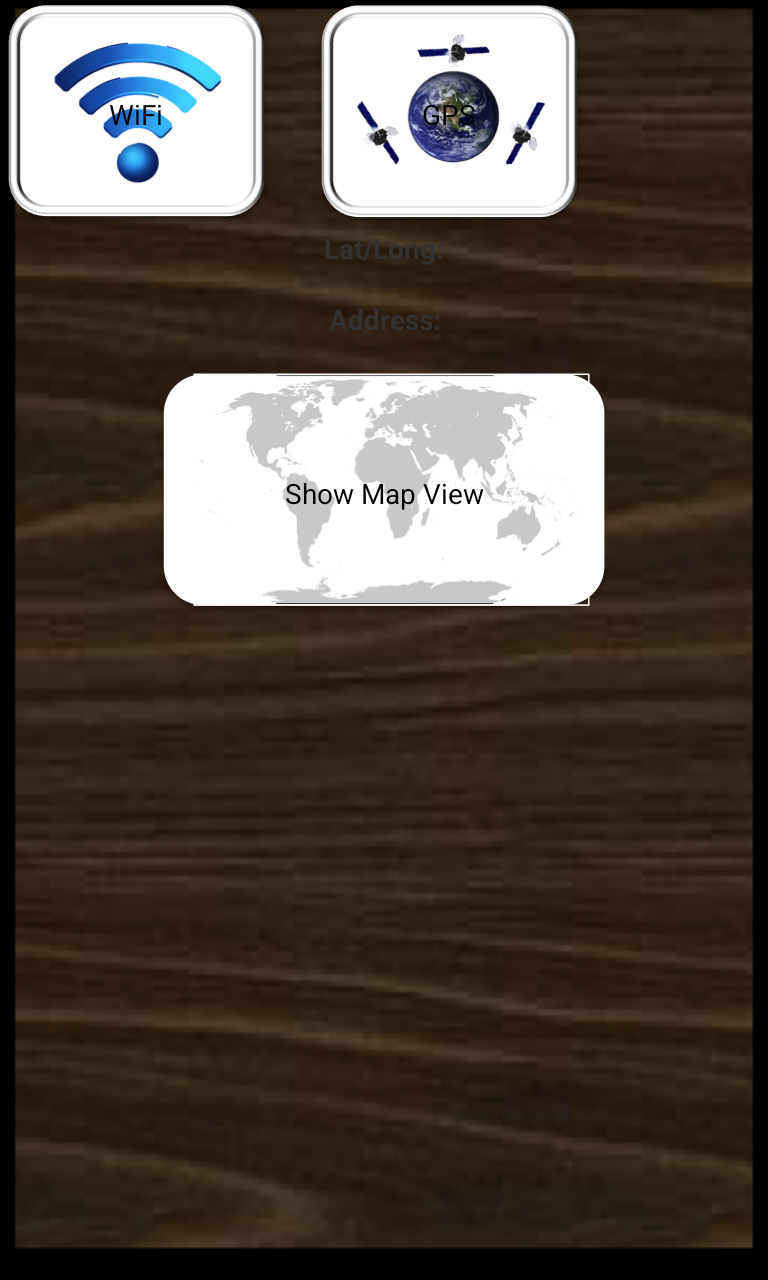
Repository: Arvind83/Pilot_project
Layout: LocationAware/res/layout/main.xml
The author's editor kept a copy of each file at every save. The layout is drawn from the files as they stood at one save, then again after a run of saves.
It is drawn on a 768 x 1280 px phone screen (xhdpi) without system bars, with theme android:Theme.Holo; the app's code is not run.

Above is the layout before, as saved 2013-03-17 20:52:55.

### LocationAware/res/layout/main.xml
<?xml version="1.0" encoding="utf-8"?>
<!--
  Copyright (C) 2012 The Android Open Source Project

  Licensed under the Apache License, Version 2.0 (the "License");
  you may not use this file except in compliance with the License.
  You may obtain a copy of the License at

       http://www.apache.org/licenses/LICENSE-2.0

  Unless required by applicable law or agreed to in writing, software
  distributed under the License is distributed on an "AS IS" BASIS,
  WITHOUT WARRANTIES OR CONDITIONS OF ANY KIND, either express or implied.
  See the License for the specific language governing permissions and
  limitations under the License.
-->
<LinearLayout xmlns:android="http://schemas.android.com/apk/res/android"
    android:layout_width="match_parent"
    android:layout_height="match_parent"
    android:theme="@android:style/Theme.Light"
    android:background= "@drawable/background"
    android:orientation="vertical">

    <LinearLayout android:layout_width="match_parent"
        android:layout_height="wrap_content"
        android:orientation="horizontal" >
        <Button android:id="@+id/provider_fine"
            android:layout_width="wrap_content"
            android:layout_height="wrap_content"
            android:text="@string/use_fine_provider"
            android:background="@drawable/button1_inactive"
            android:minWidth="120sp"
            android:layout_alignParentLeft="true"
            android:layout_marginRight="10dp"
            android:onClick="useFineProvider" />

        <Button android:id="@+id/provider_both"
            android:layout_width="wrap_content"
            android:layout_height="wrap_content"
            android:text="@string/use_both_providers"
            android:background="@drawable/button2_inactive"
            android:minWidth="120sp"
            android:layout_alignParentRight="true"
            android:layout_marginLeft="10dp"
            android:onClick="useCoarseFineProviders" />
    </LinearLayout>
    <LinearLayout android:layout_width="match_parent"
        android:layout_height="wrap_content"
        android:orientation="vertical" >
    <TextView android:id="@+id/label_latlng"
        android:layout_width="match_parent"
        android:layout_height="wrap_content"
        android:gravity="center"
        android:textStyle="bold"
        android:textSize="14sp"
        android:text="@string/latlng" />
    <TextView android:id="@+id/latlng"
        android:layout_width="match_parent"
        android:layout_height="wrap_content"
        android:gravity="center"
        android:textStyle="bold"
        android:textSize="12sp" />
    <TextView android:id="@+id/label_address"
        android:layout_width="match_parent"
        android:layout_height="wrap_content"
        android:gravity="center"
        android:textStyle="bold"
        android:textSize="14sp"
        android:text="@string/address" />
    <TextView android:id="@+id/address"
        android:layout_width="match_parent"
        android:layout_height="wrap_content"
        android:gravity="center"
        android:textStyle="bold"
        android:textSize="12sp" />
    <LinearLayout
    android:id="@+id/LinearLayout1"
    android:layout_width="fill_parent"
    android:layout_height="fill_parent"
    android:gravity="center"
    android:orientation="vertical" >
    <Button android:id="@+id/map_view"
            android:layout_width="wrap_content"
            android:layout_height="wrap_content"
            android:text="@string/show_map"
            android:background="@drawable/gotomap"
            android:minWidth="180sp"/>
            </LinearLayout>

    </LinearLayout>

</LinearLayout>

### LocationAware/res/values/strings.xml
<?xml version="1.0" encoding="utf-8"?>
<!--
  Copyright (C) 2012 The Android Open Source Project

  Licensed under the Apache License, Version 2.0 (the "License");
  you may not use this file except in compliance with the License.
  You may obtain a copy of the License at

       http://www.apache.org/licenses/LICENSE-2.0

  Unless required by applicable law or agreed to in writing, software
  distributed under the License is distributed on an "AS IS" BASIS,
  WITHOUT WARRANTIES OR CONDITIONS OF ANY KIND, either express or implied.
  See the License for the specific language governing permissions and
  limitations under the License.
-->
<resources>
    <string name="app_name">Location Update App</string>
    <string name="address">Address:</string>
    <string name="enable_gps">Enable GPS</string>
    <string name="enable_gps_dialog">GPS provider not enabled. Would you like to enable it?</string>
    <string name="latlng">Lat/Long:</string>
    <string name="unknown">--Unknown--</string>
    <string name="not_support_gps">GPS provider not supported</string>
    <string name="not_support_network">Network provider not supported</string>
    <string name="use_fine_provider">WiFi</string>
    <string name="use_both_providers">GPS</string>
    <string name="show_map">Show Map View</string>
    <string name="back">Back to Welcome Screen</string>
</resources>

### LocationAware/res/drawable/button1_inactive.xml
<?xml version="1.0" encoding="utf-8"?>
<!--
  Copyright (C) 2012 The Android Open Source Project

  Licensed under the Apache License, Version 2.0 (the "License");
  you may not use this file except in compliance with the License.
  You may obtain a copy of the License at

       http://www.apache.org/licenses/LICENSE-2.0

  Unless required by applicable law or agreed to in writing, software
  distributed under the License is distributed on an "AS IS" BASIS,
  WITHOUT WARRANTIES OR CONDITIONS OF ANY KIND, either express or implied.
  See the License for the specific language governing permissions and
  limitations under the License.
-->
<selector xmlns:android="http://schemas.android.com/apk/res/android">
    <item android:state_pressed="true"
        android:drawable="@drawable/button1_pressed" />
    <item android:drawable="@drawable/button1_default" />
</selector>

### LocationAware/res/drawable/button2_inactive.xml
<?xml version="1.0" encoding="utf-8"?>
<!--
  Copyright (C) 2012 The Android Open Source Project

  Licensed under the Apache License, Version 2.0 (the "License");
  you may not use this file except in compliance with the License.
  You may obtain a copy of the License at

       http://www.apache.org/licenses/LICENSE-2.0

  Unless required by applicable law or agreed to in writing, software
  distributed under the License is distributed on an "AS IS" BASIS,
  WITHOUT WARRANTIES OR CONDITIONS OF ANY KIND, either express or implied.
  See the License for the specific language governing permissions and
  limitations under the License.
-->
<selector xmlns:android="http://schemas.android.com/apk/res/android">
    <item android:state_pressed="true"
        android:drawable="@drawable/button2_pressed" />
    <item android:drawable="@drawable/button2_default" />
</selector>

After the next 2 saves:
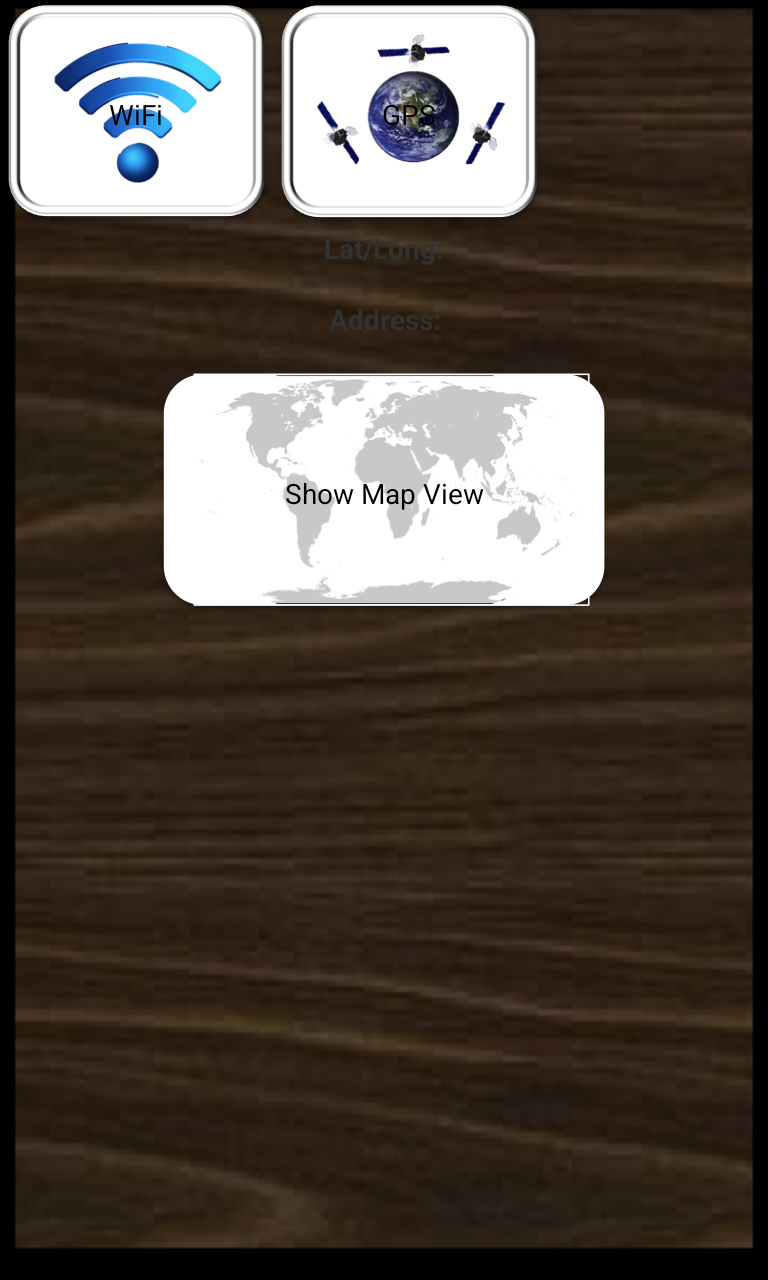
The 2 saves are shown as one change because they came seconds apart.
The last was saved 20 s later.
--- a/LocationAware/res/layout/main.xml
+++ b/LocationAware/res/layout/main.xml
@@ -31,7 +31,6 @@
             android:background="@drawable/button1_inactive"
             android:minWidth="120sp"
             android:layout_alignParentLeft="true"
-            android:layout_marginRight="10dp"
             android:onClick="useFineProvider" />
 
         <Button android:id="@+id/provider_both"
@@ -41,7 +40,6 @@
             android:background="@drawable/button2_inactive"
             android:minWidth="120sp"
             android:layout_alignParentRight="true"
-            android:layout_marginLeft="10dp"
             android:onClick="useCoarseFineProviders" />
     </LinearLayout>
     <LinearLayout android:layout_width="match_parent"
